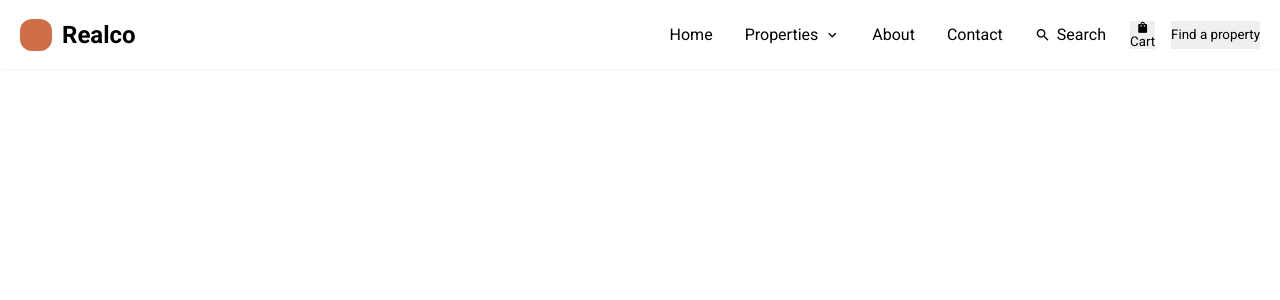
Repository: bek77g/realco
Page: index.html
An editor plug-in stored every save of this project. The page is shown before and after the next save, followed by the edit.
The browser window is 1280 px wide. The pictures show the whole page.
The style sheet was rebuilt from its Sass, Less or Tailwind sources for each picture, by a compiler version that may differ from the author's.

Above is the page before, as saved 2023-04-13 21:10:41.

After the next save:
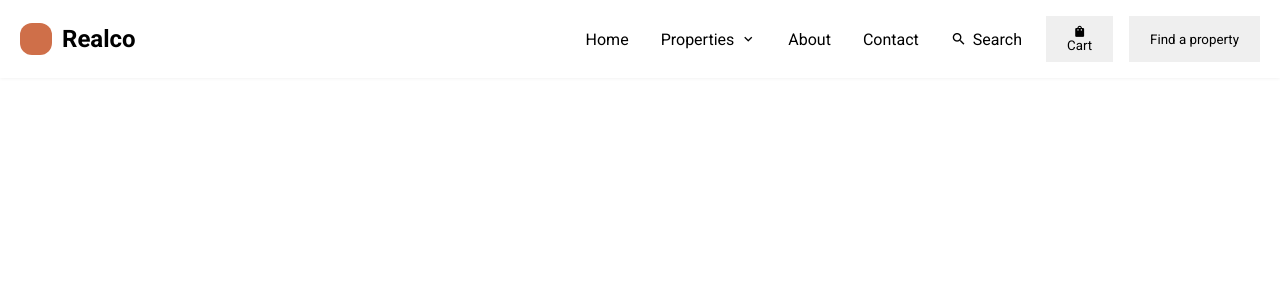
Saved 33 s later.
--- a/src/styles/_header.scss
+++ b/src/styles/_header.scss
@@ -28,7 +28,7 @@
     display: flex;
     gap: 16px;
     &-btn {
-      white-space: nowrap;
+      padding: 9px 21px;
     }
   }
 }
